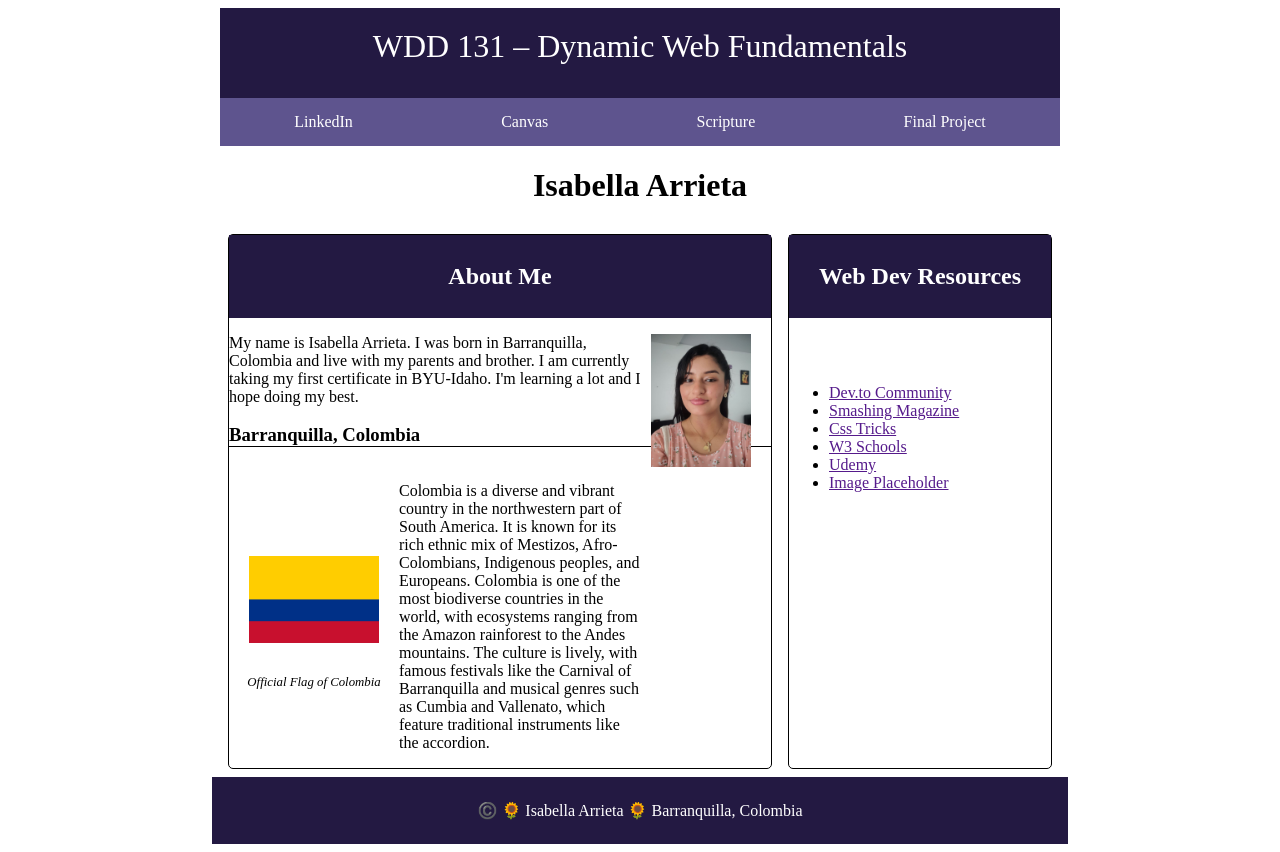
Repository: isaAJ05/wdd131
Page: index.html
An editor plug-in stored every save of this project. The page is shown before and after the next save, followed by the edit.
The browser window is 1280 px wide. The pictures show the whole page.
Some web fonts or font styles are not loaded; a fallback is used.

Above is the page before, as saved 2025-07-04 03:10:43.

### index.html
<!DOCTYPE html>
<html lang="en">
<head>
    <meta charset="UTF-8">
    <meta name="viewport" content="width=device-width, initial-scale=1.0">
    <title>WDD 131 – Dynamic Web Fundamentals – Isabella Arrieta</title>
    <meta name="description" content="WDD 131 – Dynamic Web Fundamentals Isabella Arrieta, This is a page about me">
    <meta name="author" content="Isabella Arrieta">
    <link rel="stylesheet" href="styles/base.css">
    <link rel="preconnect" href="https://fonts.googleapis.com">
    <link rel="preconnect" href="https://fonts.gstatic.com" crossorigin>
    <link href="https://fonts.googleapis.com/css2?family=Lato:ital,wght@0,100;0,300;0,400;0,700;0,900;1,100;1,300;1,400;1,700;1,900&family=Play:wght@400;700&family=Raleway:ital,wght@0,100..900;1,100..900&display=swap" rel="stylesheet">
</head>
<body>
    <header>
        <div class="header-title">
            <span id="course-title">WDD 131 – Dynamic Web Fundamentals</span>
        </div>
        <nav>
            <a href="www.linkedin.com/in/isabella-arrieta">LinkedIn</a>
            <a href="https://byupw.instructure.com/">Canvas</a>
            <a href="https://www.churchofjesuschrist.org/study/scriptures/bofm/alma/30?lang=eng&id=p44#p44">Scripture</a>
            <a href="">Final Project</a>

        </nav>
    </header>
    <main>

        <h1>Isabella Arrieta</h1>
        <section class="card">
            <div class="rectangle">
                <h2>About Me</h2>
            </div>
            <div class="presentation">
            <img src ="images/isa-picture.jpg" alt="Isabella Arrieta picture">
            <p>My name is Isabella Arrieta. I was born in Barranquilla, Colombia and live with my parents and brother. I am currently taking my first certificate in BYU-Idaho. I'm learning a lot and I hope doing my best. </p>
            <h3>Barranquilla, Colombia</h3>
            </div>
            <div class="country">
            <figure>
                <img src ="images/640px-Flag_of_Colombia.svg.webp" alt="Colombia flag">
                <figcaption>Official Flag of Colombia</figcaption>
            </figure>
            <p>Colombia is a diverse and vibrant country in the northwestern part of South America. It is known for its rich ethnic mix of Mestizos, Afro-Colombians, Indigenous peoples, and Europeans. Colombia is one of the most biodiverse countries in the world, with ecosystems ranging from the Amazon rainforest to the Andes mountains. The culture is lively, with famous festivals like the Carnival of Barranquilla and musical genres such as Cumbia and Vallenato, which feature traditional instruments like the accordion.</p>
            </div>
            </section>
        <section class="card">
            <div class="rectangle">
                <h2>Web Dev Resources</h2>
            </div>
                <ul>
                <li><a href="">Dev.to Community</a></li>
                <li><a href="">Smashing Magazine</a></li>
                <li><a href="">Css Tricks</a></li>
                <li><a href="">W3 Schools</a></li>
                <li><a href="">Udemy</a></li>
                <li><a href="">Image Placeholder</a></li>
            </ul>

        </section>
    </main>
    <footer>
        <p>
            ©️<span id="currentyear"></span> 🌻 Isabella Arrieta 🌻 Barranquilla, Colombia
        </p>
        <p>
            <span id="lastModified"></span>
        </p>
    </footer>

</body>
</html>

### styles/base.css
:root {
    --primary-color: #231942;
    --secondary-color: #5e548e;
    --accent1-color: #ffafcc;
    --accent2-color: #bde0fe;
    --accent3-color: #a2d2ff;
    --heading-font: "Play", sans-serif;
    --body-font: "Raleway", sans-serif;
}
header, main, footer {
    width: 840px;
    margin: 0 auto;
}
.course-title{
    display: block;

}
.header-title {
    color:white;
	height: 50px;
    padding: 20px;
    font-size: 2rem;
    text-align: center;
    background: var(--primary-color);
}

nav{
    display: flex;
    justify-content: space-around;
    text-decoration: none;
    background: var(--secondary-color);
}
nav a{
    color: #fff;
    text-decoration: none;
    padding: 15px;
}

nav a:hover {
	text-decoration: overline;
}

/* larger/wider views **************************/
@media (min-width: 640px) {
	nav ul {
		display: flex;
	}

	nav ul li {
		flex: 1 0 auto;
}

main{
    display: grid;
    grid-template: auto 1fr / 2fr 1fr;
}
main h1{
    grid-column: 1/3;
    text-align: center;
}
section{
    border: 1px solid black;
    border-radius: 5px;
    margin: 8px;
}

.card .rectangle{
    color:white;
    padding: 8px;
    text-align: center;
    background: var(--primary-color);


}
.presentation img{
    float: right;
    padding: 0px 20px 5px 10px;
    width:100px ;
    height: auto;

}
.card h3{
    border-bottom: 1px solid black;
}

.country{
    display: flex;
    flex: 1 0 auto;
    align-items: center;
}
.card figure{
    margin: 0;
    padding: 0;
}
.card figure img{
    width: 130px;
    height: auto;
    padding:20px;
}
.card figure figcaption{
    text-align: center;
    font-style: italic;
    padding: 8px;
    font-size: 0.8rem;
}


.card ul{
    padding-top: 50px;
}

footer{
    color:  #fff;
    background: var(--primary-color);
    text-align: center;
    padding: 8px;
}

After the next save:
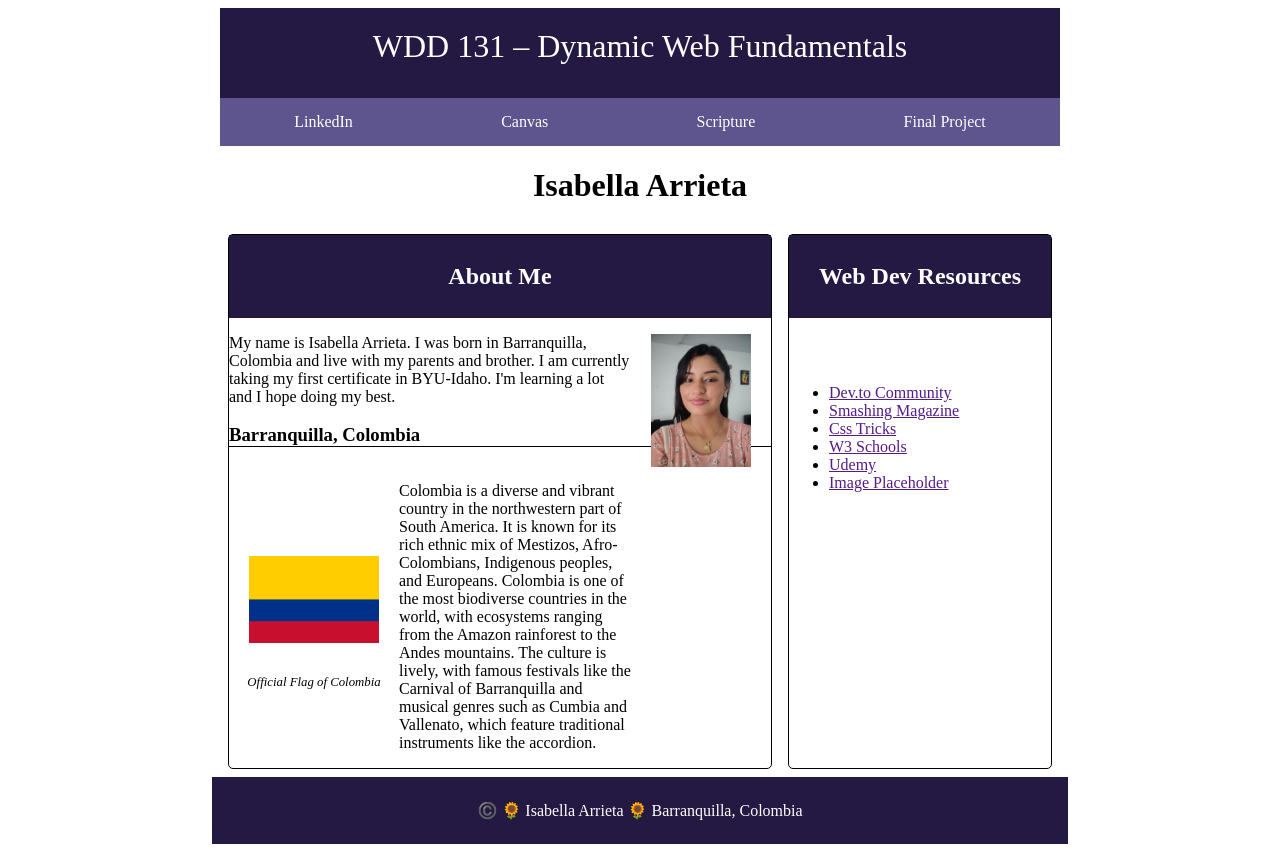
Saved 4 s later.
--- a/styles/base.css
+++ b/styles/base.css
@@ -74,7 +74,7 @@ section{
 }
 .presentation img{
     float: right;
-    padding: 0px 20px 5px 10px;
+    padding: 0px 20px 5px 20px;
     width:100px ;
     height: auto;
 
